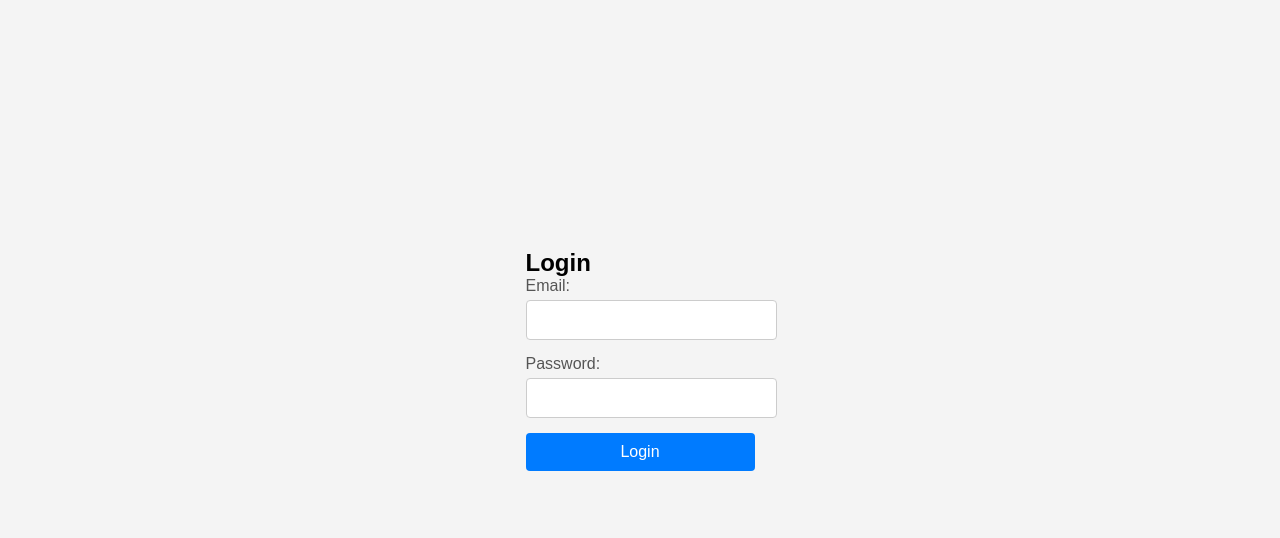
Repository: vinayakGarudi2002/swabhavTrainingProjects
Page: http://localhost/01_banking_application/login.jsp
These files come from the project's save history. The page is drawn as it stood at one moment and after the next save; the edit follows.
The browser window is 1280 px wide. The pictures show the whole page.
The page is served by Tomcat 9.

Above is the page before, as saved 2024-08-12 10:07:49.

After the next save:
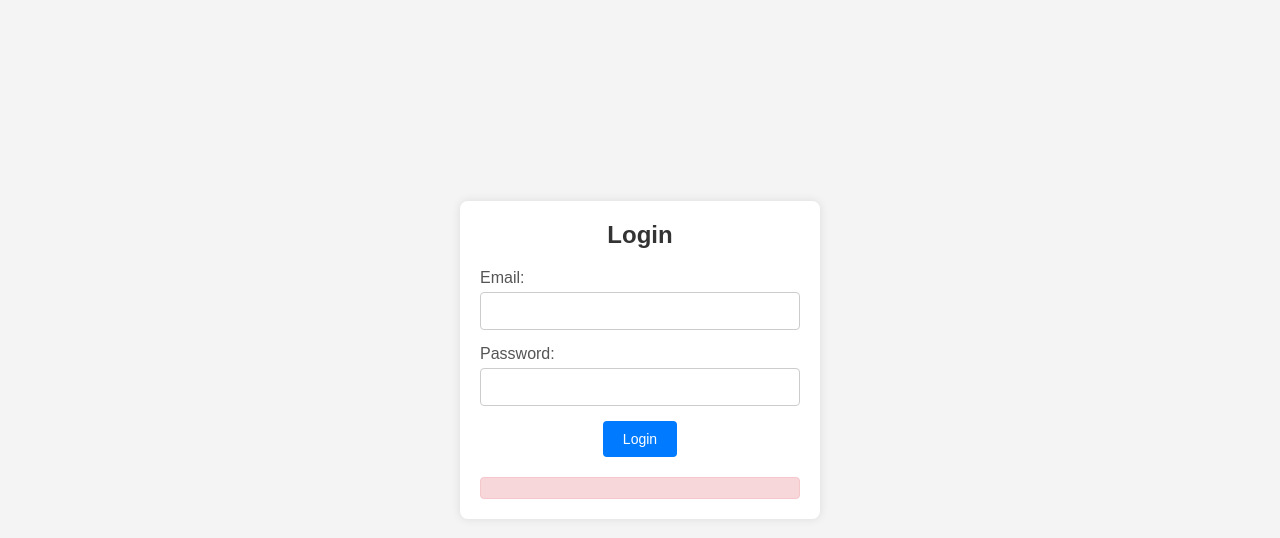
Saved 13 s later.
--- a/01_banking_application/WebContent/static/css/styles.css
+++ b/01_banking_application/WebContent/static/css/styles.css
@@ -1,14 +1,12 @@
-/* Reset some default browser styles */
-body, h2, p, form, input, button {
+/* General Reset */
+* {
     margin: 0;
     padding: 0;
-    border: none;
-    outline: none;
-    font-family: 'Arial', sans-serif;
+    box-sizing: border-box;
 }
 
-/* Set a background color for the entire page */
 body {
+    font-family: Arial, sans-serif;
     background-color: #f4f4f4;
     display: flex;
     justify-content: center;
@@ -16,68 +14,72 @@ body {
     height: 100vh;
 }
 
-/* Style the login container */
-.login-container {
-    background-color: #ffffff;
+.container {
+    width: 100%;
+    max-width: 400px;
     padding: 20px;
-    border-radius: 8px;
-    box-shadow: 0 0 10px rgba(0, 0, 0, 0.1);
-    max-width: 400px;
-    width: 100%;
 }
 
-/* Style the heading */
-.login-container h2 {
-    margin-bottom: 20px;
-    color: #333333;
-    text-align: center;
+.login-box {
+    background-color: #fff;
+    padding: 20px;
+    box-shadow: 0px 0px 10px rgba(0, 0, 0, 0.1);
+    border-radius: 8px;
 }
 
-/* Style the form group */
+h2 {
+    text-align: center;
+    margin-bottom: 20px;
+    color: #333;
+}
+
 .form-group {
     margin-bottom: 15px;
 }
 
-/* Style the labels */
-.form-group label {
+label {
     display: block;
     margin-bottom: 5px;
-    color: #555555;
+    color: #555;
 }
 
-/* Style the input fields */
-.form-group input {
+.form-control {
     width: 100%;
     padding: 10px;
-    border: 1px solid #cccccc;
+    border: 1px solid #ccc;
     border-radius: 4px;
-    font-size: 16px;
+    font-size: 14px;
 }
 
-/* Style the submit button */
-button[type="submit"] {
-    width: 100%;
-    padding: 10px;
-    background-color: #007bff;
-    color: #ffffff;
-    border-radius: 4px;
-    font-size: 16px;
-    cursor: pointer;
-    transition: background-color 0.3s ease;
+.form-actions {
+    text-align: center;
 }
 
-/* Button hover effect */
-button[type="submit"]:hover {
+.btn {
+    display: inline-block;
+    padding: 10px 20px;
+    font-size: 14px;
+    color: #fff;
+    background-color: #007bff;
+    border: none;
+    border-radius: 4px;
+    cursor: pointer;
+}
+
+.btn:hover {
     background-color: #0056b3;
 }
 
-/* Style the error message */
-.error-message {
-    margin-top: 10px;
+.alert {
     padding: 10px;
-    background-color: #ffdddd;
-    border: 1px solid #ffaaaa;
-    color: #d8000c;
+    margin-top: 20px;
     border-radius: 4px;
+    font-size: 14px;
     text-align: center;
 }
+
+.alert-danger {
+    background-color: #f8d7da;
+    color: #721c24;
+    border: 1px solid #f5c6cb;
+}
